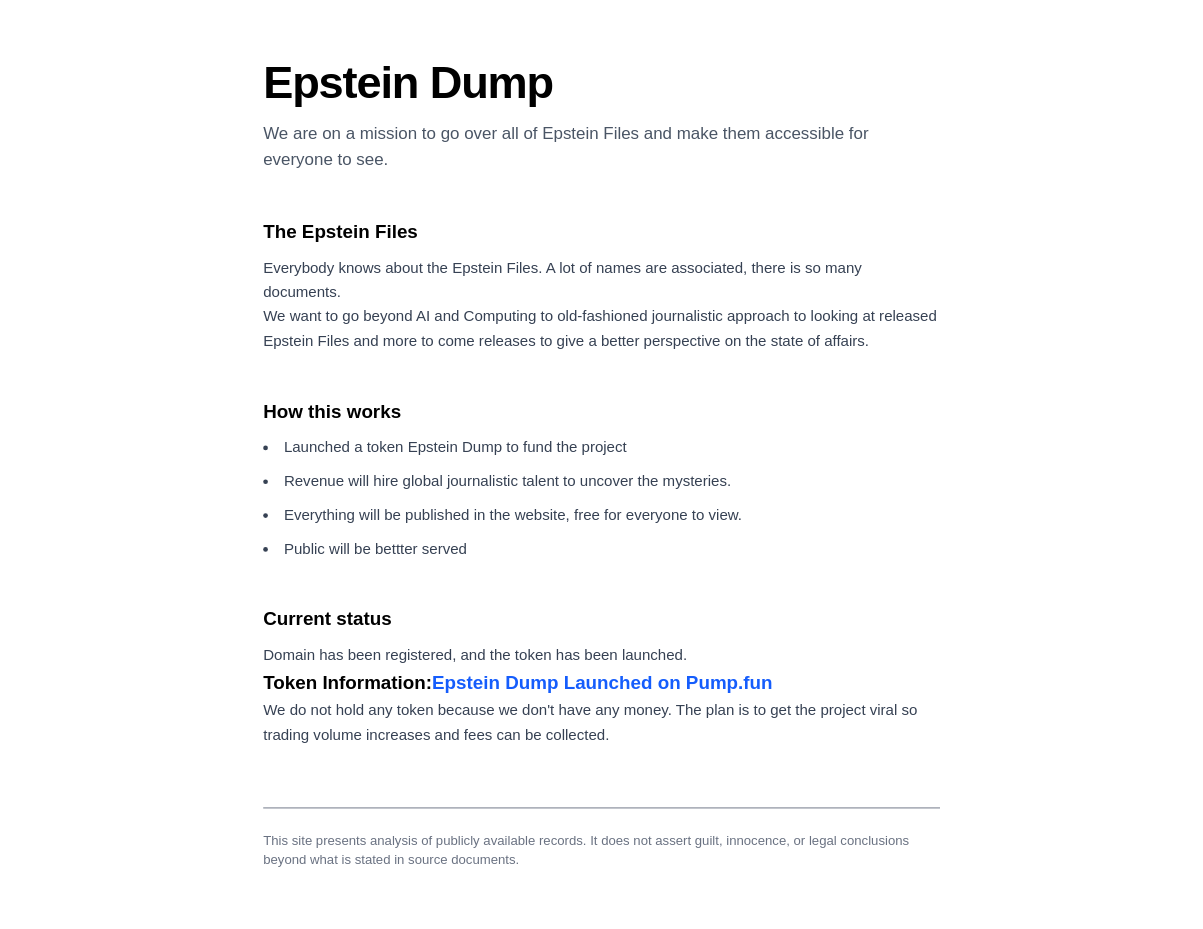
Repository: dayvoid97/epsteindump
Page: /
An editor plug-in stored every save of this project. The page is shown before and after the next save, followed by the edit.
The browser window is 1280 px wide. The pictures show the whole page, at 94% of full size.
The project was rebuilt for these pictures with package versions that can differ from the ones it lists, and the page was loaded fresh each time. The framework's server and built-in components were replaced by stand-ins that run in the browser. Also part of the build but not shown: next.config.ts.

Above is the page before, as saved 2026-02-02 02:28:05.

### app/layout.tsx
import type { Metadata } from 'next'
import { Geist, Geist_Mono } from 'next/font/google'
import Script from 'next/script'
import './globals.css'

const geistSans = Geist({
  variable: '--font-geist-sans',
  subsets: ['latin'],
})

const geistMono = Geist_Mono({
  variable: '--font-geist-mono',
  subsets: ['latin'],
})

export const metadata: Metadata = {
  title: 'The Epstein Files',
  description: 'Readable analysis of publicly released Epstein-related documents.',
}

export default function RootLayout({
  children,
}: Readonly<{
  children: React.ReactNode
}>) {
  return (
    <html lang="en">
      <head>
        {/* Google Analytics (GA4) */}
        <Script
          src="https://www.googletagmanager.com/gtag/js?id=G-BQLDPN3H1B"
          strategy="afterInteractive"
        />
        <Script id="ga4-init" strategy="afterInteractive">
          {`
            window.dataLayer = window.dataLayer || [];
            function gtag(){dataLayer.push(arguments);}
            gtag('js', new Date());
            gtag('config', 'G-BQLDPN3H1B');
          `}
        </Script>
        {/* End Google Analytics */}
      </head>

      <body className={`${geistSans.variable} ${geistMono.variable} antialiased`}>{children}</body>
    </html>
  )
}

### app/page.tsx
export default function Home() {
  return (
    <main className="min-h-screen bg-white text-black">
      <div className="max-w-3xl mx-auto px-6 py-16">
        {/* Header */}
        <header className="mb-12">
          <h1 className="text-4xl md:text-5xl font-semibold tracking-tight">Epstein Dump</h1>
          <p className="mt-4 text-lg text-gray-600">
            We are on a mission to go over all of Epstein Files and make them accessible for
            everyone to see.
          </p>
        </header>

        {/* Mission */}
        <section className="mb-12">
          <h2 className="font-bold text-xl  mb-3">The Epstein Files</h2>
          <p className="text-gray-700 leading-relaxed">
            Everybody knows about the Epstein Files. A lot of names are associated, there is so many
            documents.
          </p>

          <p className="text-gray-700 leading-relaxed">
            We want to go beyond AI and Computing to old-fashioned journalistic approach to looking
            at released Epstein Files and more to come releases to give a better perspective on the
            state of affairs.
          </p>
        </section>

        {/* What to Expect */}
        <section className="mb-12">
          <h2 className="text-xl font-bold mb-3">How this works</h2>
          <ul className="space-y-3 text-gray-700 list-disc list-inside">
            <li>Launched a token Epstein Dump to fund the project</li>
            <li>Revenue will hire global journalistic talent to uncover the mysteries. </li>
            <li>Everything will be published in the website, free for everyone to view. </li>
            <li>Public will be bettter served</li>
          </ul>
        </section>

        {/* Status */}
        <section className="mb-16">
          <h2 className="text-xl font-bold mb-3">Current status</h2>
          <p className="text-gray-700 leading-relaxed">
            Domain has been registered, and the token has been launched.
          </p>
          <p className=" font-bold text-xl  leading-relaxed">
            Token Information:
            <a
              href="https://pump.fun/coin/AjRmSm4ZyLYUZ9ftCfi5yzLexpvPSRJtbccKJ99Dpump"
              className="text-blue-600"
            >
              Epstein Dump Launched on Pump.fun
            </a>
          </p>
          <p className="text-gray-700 leading-relaxed">
            We do not hold any token because we don't have any money. The plan is to get the project
            viral so trading volume increases and fees can be collected.
          </p>
        </section>

        {/* Footer */}
        <footer className="border-t pt-6 text-sm text-gray-500">
          <p>
            This site presents analysis of publicly available records. It does not assert guilt,
            innocence, or legal conclusions beyond what is stated in source documents.
          </p>
        </footer>
      </div>
    </main>
  )
}

Loaded but not shown: app/globals.css (common file)

After the next save:
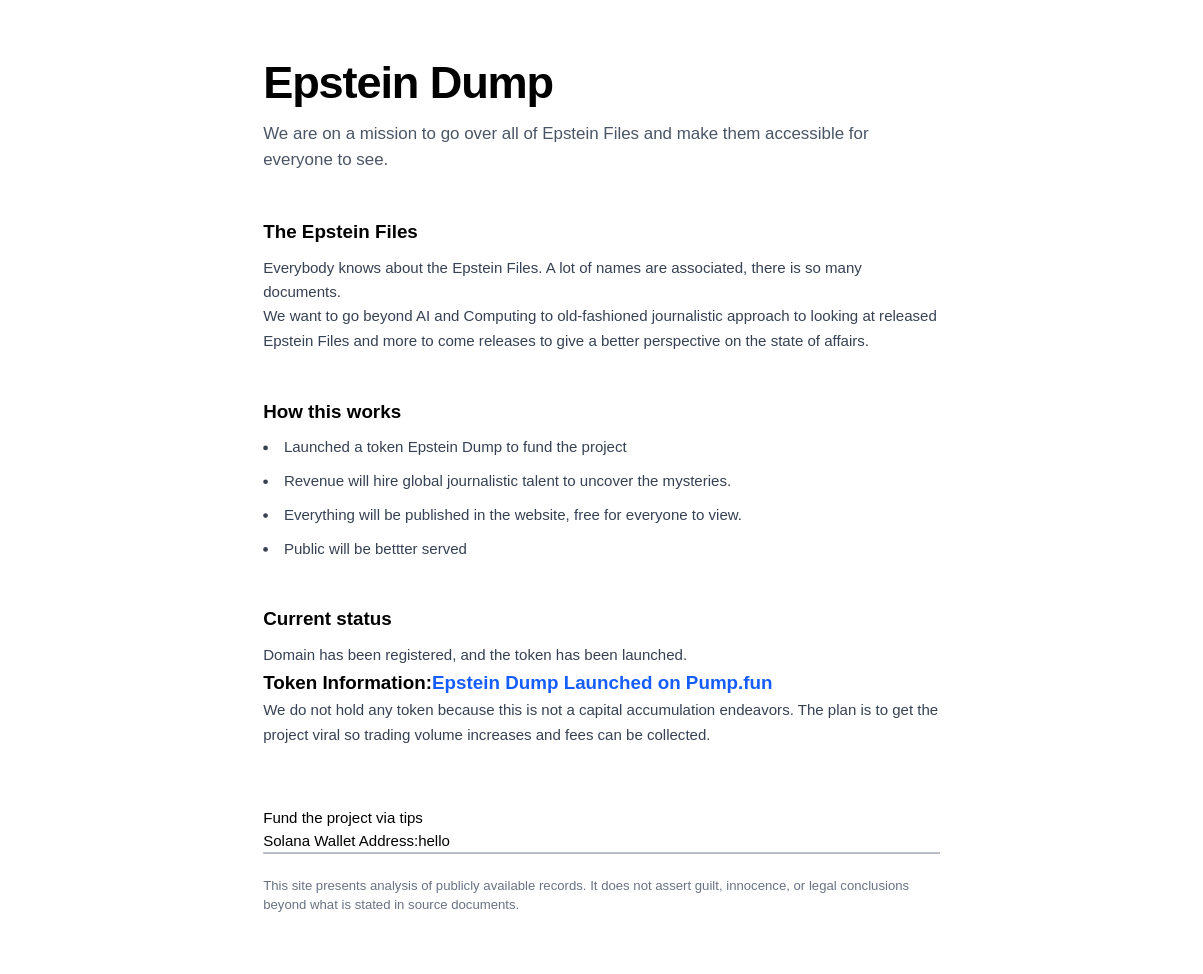
Saved 83 s later.
--- a/app/page.tsx
+++ b/app/page.tsx
@@ -53,8 +53,16 @@
             </a>
           </p>
           <p className="text-gray-700 leading-relaxed">
-            We do not hold any token because we don't have any money. The plan is to get the project
-            viral so trading volume increases and fees can be collected.
+            We do not hold any token because this is not a capital accumulation endeavors. The plan
+            is to get the project viral so trading volume increases and fees can be collected.
+          </p>
+        </section>
+
+        <section>
+          <h2> Fund the project via tips</h2>
+
+          <p>
+            Solana Wallet Address:<span>hello</span>{' '}
           </p>
         </section>
 
